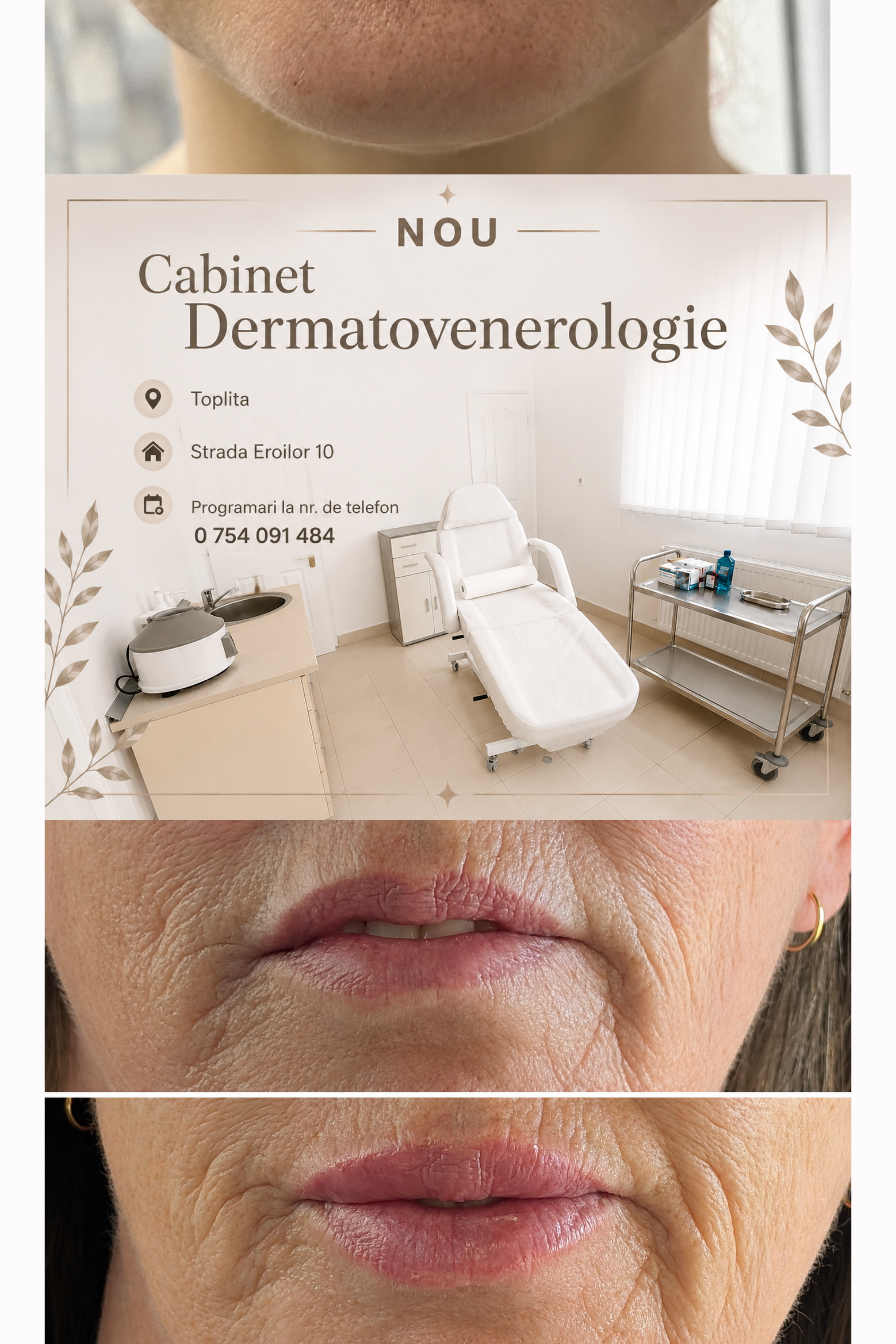
Repository: Nickkolean2793/Medic
Page: services.html
An editor plug-in stored every save of this project. The page is shown before and after the next save, followed by the edit.
The browser window is 1280 px wide. The pictures show the part of the page from y = 2738 to 4658 px (the page is 5631 px tall before and 4709 px after), at 70% of full size.
A picture or video elsewhere on the page could not be fetched, so the positions and the page height are approximate.

Above is the page before, as saved 2026-05-31 16:36:59.

### services.html
<!DOCTYPE html>
<html lang="ro">
<head>
    <meta charset="UTF-8">
    <meta name="viewport" content="width=device-width, initial-scale=1.0">
    <title>Servicii — Dr. Liuba Garaga</title>
    <meta name="description" content="Servicii dermatologice și estetice oferite de Dr. Liuba Garaga: consultații, dermatoscopie, proceduri estetice, botox, peeling, mezoterapie.">
    <link rel="preconnect" href="https://fonts.googleapis.com">
    <link rel="preconnect" href="https://fonts.gstatic.com" crossorigin>
    <link href="https://fonts.googleapis.com/css2?family=Playfair+Display:wght@400;500;600;700&family=Inter:wght@300;400;500;600&display=swap" rel="stylesheet">
    <link rel="stylesheet" href="styles.css">
</head>
<body>
    <!-- Navigation -->
    <nav class="navbar" id="navbar">
        <div class="container nav-container">
            <a href="index.html" class="logo">
                <img src="static/img/logo1778433187040.png" alt="Dr. Liuba Garaga" class="logo-img">
            </a>
            <ul class="nav-links" id="navLinks">
                <li><a href="index.html" data-ro="Despre noi" data-en="About Us">Despre noi</a></li>
                <li><a href="services.html" class="active" data-ro="Servicii" data-en="Services">Servicii</a></li>
                <li><a href="booking.html" data-ro="Programare" data-en="Booking">Programare</a></li>
                <li><a href="contact.html" data-ro="Contact" data-en="Contact">Contact</a></li>
            </ul>
            <div class="nav-actions">
                <button class="lang-toggle" id="langToggle" aria-label="Switch language">
                    <span class="lang-active">RO</span> / <span class="lang-inactive">EN</span>
                </button>
                <button class="hamburger" id="hamburger" aria-label="Menu">
                    <span></span>
                    <span></span>
                    <span></span>
                </button>
            </div>
        </div>
    </nav>

    <!-- Page Header -->
    <section class="page-header">
        <div class="container">
            <h1 class="page-title" data-ro="Servicii" data-en="Services">Servicii</h1>
            <p class="page-subtitle" data-ro="Oferim o gamă completă de servicii dermatologice și estetice" data-en="We offer a full range of dermatological and aesthetic services">Oferim o gamă completă de servicii dermatologice și estetice</p>
        </div>
    </section>

    <!-- Services Section -->
    <section class="section services" id="services">
        <div class="container">
            <div class="services-grid">
                <!-- Consultations -->
                <div class="service-card expandable" onclick="toggleService(this)">
                    <div class="service-header">
                        <div class="service-icon">
                            <svg viewBox="0 0 48 48" fill="none" xmlns="http://www.w3.org/2000/svg"><path d="M24 4C12.96 4 4 12.96 4 24s8.96 20 20 20 20-8.96 20-20S35.04 4 24 4zm2 30h-4v-4h4v4zm4.13-15.49l-1.79 1.84C27.1 21.59 26 22.6 26 25h-4v-1c0-1.77 1.1-3.39 2.34-4.63l2.49-2.52A2.99 2.99 0 0028 14a4 4 0 00-8 0h-4a8 8 0 1116 0c0 1.77-.89 3.28-1.87 4.51z" fill="currentColor"/></svg>
                        </div>
                        <h3 data-ro="Consultații" data-en="Consultations">Consultații</h3>
                        <span class="expand-icon">+</span>
                    </div>
                    <ul class="service-list">
                        <li data-ro="Consultație dermatologică" data-en="Dermatological consultation">Consultație dermatologică</li>
                        <li data-ro="Control" data-en="Follow-up visit">Control</li>
                    </ul>
                    <div class="service-details">
                        <p class="text-ro">Consultația dermatologică include evaluarea completă a pielii, diagnosticarea afecțiunilor cutanate și recomandări personalizate de tratament. Folosim echipamente moderne pentru o diagnoză precisă.</p>
                        <p class="text-en" style="display:none;">The dermatological consultation includes a complete skin evaluation, diagnosis of skin conditions, and personalized treatment recommendations. We use modern equipment for precise diagnosis.</p>
                        <a href="contact.html" class="btn btn-secondary" data-ro="Programează" data-en="Book">Programează</a>
                    </div>
                </div>

                <!-- Diagnostic -->
                <div class="service-card expandable" onclick="toggleService(this)">
                    <div class="service-header">
                        <div class="service-icon">
                            <svg viewBox="0 0 48 48" fill="none" xmlns="http://www.w3.org/2000/svg"><path d="M31.45 27.05c-2.53 0-4.88.87-6.72 2.34L19.5 24.16l5.23-5.23A9.96 9.96 0 0031.45 21c5.52 0 10-4.48 10-10s-4.48-10-10-10-10 4.48-10 10c0 2.53.94 4.84 2.49 6.61L18.71 22.84l-5.23-5.23A9.96 9.96 0 0016.55 11c0-5.52-4.48-10-10-10S-3.45 5.48-3.45 11s4.48 10 10 10c2.53 0 4.84-.94 6.61-2.49l5.23 5.23-5.23 5.23A9.96 9.96 0 006.55 27c-5.52 0-10 4.48-10 10s4.48 10 10 10 10-4.48 10-10c0-2.53-.94-4.84-2.49-6.61l5.23-5.23 5.23 5.23A9.96 9.96 0 0021.45 37c0 5.52 4.48 10 10 10s10-4.48 10-10-4.48-10-10-10z" fill="currentColor"/></svg>
                        </div>
                        <h3 data-ro="Diagnostic" data-en="Diagnostics">Diagnostic</h3>
                        <span class="expand-icon">+</span>
                    </div>
                    <ul class="service-list">
                        <li data-ro="Dermatoscopie" data-en="Dermoscopy">Dermatoscopie</li>
                        <li data-ro="Biopsie / Excizie" data-en="Biopsy / Excision">Biopsie / Excizie</li>
                    </ul>
                    <div class="service-details">
                        <p class="text-ro">Dermatoscopia este o metodă neinvazivă de examinare a leziunilor cutanate cu ajutorul unui dermatoscop digital. Permite detectarea precoce a melanomului și a altor tipuri de cancer de piele. Biopsia cutanată este recomandată pentru confirmarea diagnosticului.</p>
                        <p class="text-en" style="display:none;">Dermoscopy is a non-invasive method of examining skin lesions using a digital dermatoscope. It allows early detection of melanoma and other types of skin cancer. Skin biopsy is recommended to confirm the diagnosis.</p>
                        <a href="contact.html" class="btn btn-secondary" data-ro="Programează" data-en="Book">Programează</a>
                    </div>
                </div>

                <!-- Proceduri -->
                <div class="service-card expandable" onclick="toggleService(this)">
                    <div class="service-header">
                        <div class="service-icon">
                            <svg viewBox="0 0 48 48" fill="none" xmlns="http://www.w3.org/2000/svg"><path d="M24 2L6 10v12c0 11.11 7.67 21.47 18 24 10.33-2.53 18-12.89 18-24V10L24 2zm-4 32l-8-8 2.83-2.83L20 28.34l13.17-13.17L36 18 20 34z" fill="currentColor"/></svg>
                        </div>
                        <h3 data-ro="Proceduri" data-en="Procedures">Proceduri</h3>
                        <span class="expand-icon">+</span>
                    </div>
                    <ul class="service-list">
                        <li data-ro="Crioterapie" data-en="Cryotherapy">Crioterapie</li>
                        <li data-ro="Electrocauterizare" data-en="Electrocauterization">Electrocauterizare</li>
                        <li data-ro="Infiltrație cu corticosteroizi" data-en="Corticosteroid infiltration">Infiltrație cu corticosteroizi</li>
                    </ul>
                    <div class="service-details">
                        <p class="text-ro">Crioterapia utilizează azot lichid pentru tratarea verucilor, keratozelor și altor leziuni benigne. Electrocauterizarea elimină rapid formațiunile cutanate nedorite. Infiltrațiile cu corticosteroizi sunt eficiente pentru leziuni inflamatorii și cicatrici.</p>
                        <p class="text-en" style="display:none;">Cryotherapy uses liquid nitrogen to treat warts, keratoses, and other benign lesions. Electrocauterization quickly removes unwanted skin formations. Corticosteroid infiltrations are effective for inflammatory lesions and scars.</p>
                        <a href="contact.html" class="btn btn-secondary" data-ro="Programează" data-en="Book">Programează</a>
                    </div>
                </div>

                <!-- Estetica -->
                <div class="service-card expandable" onclick="toggleService(this)">
                    <div class="service-header">
                        <div class="service-icon">
                            <svg viewBox="0 0 48 48" fill="none" xmlns="http://www.w3.org/2000/svg"><path d="M24 4C12.95 4 4 12.95 4 24s8.95 20 20 20 20-8.95 20-20S35.05 4 24 4zm0 36c-8.82 0-16-7.18-16-16 0-3.52 1.14-6.77 3.07-9.41C13.86 18.41 18.64 21 24 21s10.14-2.59 12.93-6.41C38.86 17.23 40 20.48 40 24c0 8.82-7.18 16-16 16z" fill="currentColor"/></svg>
                        </div>
                        <h3 data-ro="Estetică facială" data-en="Facial Aesthetics">Estetică facială</h3>
                        <span class="expand-icon">+</span>
                    </div>
                    <ul class="service-list">
                        <li>Botox</li>
                        <li data-ro="Augmentare buze" data-en="Lip augmentation">Augmentare buze</li>
                        <li>Peeling</li>
                        <li>Microneedling</li>
                        <li>Biorepeel + Microneedling</li>
                    </ul>
                    <div class="service-details">
                        <p class="text-ro">Botox-ul reduce ridurile de expresie pentru un aspect mai tânăr și odihnit. Augmentarea buzelor cu acid hialuronic oferă volum natural. Peeling-ul chimic și microneedling-ul stimulează regenerarea pielii pentru un ten luminos și uniform.</p>
                        <p class="text-en" style="display:none;">Botox reduces expression wrinkles for a younger, more rested appearance. Lip augmentation with hyaluronic acid provides natural volume. Chemical peeling and microneedling stimulate skin regeneration for a luminous and even complexion.</p>
                        <a href="contact.html" class="btn btn-secondary" data-ro="Programează" data-en="Book">Programează</a>
                    </div>
                </div>

                <!-- Mezoterapie -->
                <div class="service-card expandable" onclick="toggleService(this)">
                    <div class="service-header">
                        <div class="service-icon">
                            <svg viewBox="0 0 48 48" fill="none" xmlns="http://www.w3.org/2000/svg"><path d="M42 6H6v4h36V6zM6 42h36v-4H6v4zm0-8h36v-4H6v4zm0-8h36v-4H6v4zm0-8h36v-4H6v4z" fill="currentColor"/></svg>
                        </div>
                        <h3 data-ro="Mezoterapie" data-en="Mesotherapy">Mezoterapie</h3>
                        <span class="expand-icon">+</span>
                    </div>
                    <ul class="service-list">
                        <li data-ro="Mezoterapie zonă perioculară (NCTF / Viscoderm / RRS Eyes)" data-en="Periocular mesotherapy (NCTF / Viscoderm / RRS Eyes)">Mezoterapie zonă perioculară (NCTF / Viscoderm / RRS Eyes)</li>
                        <li data-ro="Mezoterapie față completă (NCTF / Viscoderm)" data-en="Full face mesotherapy (NCTF / Viscoderm)">Mezoterapie față completă (NCTF / Viscoderm)</li>
                    </ul>
                    <div class="service-details">
                        <p class="text-ro">Mezoterapia facială constă în microinjecții cu vitamine, minerale și acid hialuronic pentru hidratare profundă și revitalizare. Zona perioculară primește tratament special pentru reducerea cearcănelor și a ridurilor fine din jurul ochilor.</p>
                        <p class="text-en" style="display:none;">Facial mesotherapy consists of micro-injections with vitamins, minerals, and hyaluronic acid for deep hydration and revitalization. The periocular area receives special treatment to reduce dark circles and fine wrinkles around the eyes.</p>
                        <a href="contact.html" class="btn btn-secondary" data-ro="Programează" data-en="Book">Programează</a>
                    </div>
                </div>

                <!-- Tratamente speciale -->
                <div class="service-card expandable" onclick="toggleService(this)">
                    <div class="service-header">
                        <div class="service-icon">
                            <svg viewBox="0 0 48 48" fill="none" xmlns="http://www.w3.org/2000/svg"><path d="M24 2C11.85 2 2 11.85 2 24s9.85 22 22 22 22-9.85 22-22S36.15 2 24 2zm0 40c-9.94 0-18-8.06-18-18S14.06 6 24 6s18 8.06 18 18-8.06 18-18 18zm-2-14h4v8h-4zm0-16h4v12h-4z" fill="currentColor"/></svg>
                        </div>
                        <h3 data-ro="Tratamente speciale" data-en="Special Treatments">Tratamente speciale</h3>
                        <span class="expand-icon">+</span>
                    </div>
                    <ul class="service-list">
                        <li data-ro="Tratament PRP scalp" data-en="PRP scalp treatment">Tratament PRP scalp</li>
                        <li data-ro="Microneedling + PRP scalp" data-en="Microneedling + PRP scalp">Microneedling + PRP scalp</li>
                        <li data-ro="PRP față" data-en="PRP face">PRP față</li>
                        <li data-ro="Mască facială hidratantă" data-en="Hydrating facial mask">Mască facială hidratantă</li>
                    </ul>
                    <div class="service-details">
                        <p class="text-ro">Tratamentul PRP (Plasma Bogată în Trombocite) folosește propriul sânge pentru a stimula regenerarea naturală. PRP scalp combate căderea părului și stimulează creșterea. PRP facial oferă întinerire naturală a tenului, iar măștile hidratante completează orice tratament.</p>
                        <p class="text-en" style="display:none;">PRP (Platelet-Rich Plasma) treatment uses your own blood to stimulate natural regeneration. Scalp PRP fights hair loss and stimulates growth. Facial PRP provides natural skin rejuvenation, and hydrating masks complement any treatment.</p>
                        <a href="contact.html" class="btn btn-secondary" data-ro="Programează" data-en="Book">Programează</a>
                    </div>
                </div>
            </div>
        </div>
    </section>

    <!-- Services Images -->
    <section class="section services-showcase">
        <div class="container">
            <div class="showcase-grid">
                <div class="showcase-item">
                    <img src="static/img/6DABCEB7-9707-477E-9E4E-37D7E1695E34.JPG" alt="Cabinet dermatologie">
                </div>
                <div class="showcase-item">
                    <img src="static/img/3024E4A1-65E1-4492-8816-7193C997CECD.PNG" alt="Tratamente dermatologice">
                </div>
                <div class="showcase-item">
                    <img src="static/img/6903077C-9811-4D72-8397-EA0880B6F8C6.PNG" alt="Proceduri estetice">
                </div>
                <div class="showcase-item">
                    <img src="static/img/7631AD92-F593-4853-B4EC-558DD586397C.PNG" alt="Rezultate tratamente">
                </div>
            </div>
        </div>
    </section>

    <!-- CTA Section -->
    <section class="section cta-section">
        <div class="container">
            <div class="cta-card">
                <h2 data-ro="Programează o consultație" data-en="Schedule a consultation">Programează o consultație</h2>
                <p data-ro="Programarea online va fi disponibilă în curând. Între timp, contactați-ne telefonic pentru a fixa o programare." data-en="Online booking will be available soon. In the meantime, contact us by phone to schedule an appointment.">Programarea online va fi disponibilă în curând. Între timp, contactați-ne telefonic pentru a fixa o programare.</p>
                <a href="contact.html" class="btn btn-primary" data-ro="Contactează-ne" data-en="Contact Us">Contactează-ne</a>
            </div>
        </div>
    </section>

    <!-- Footer -->
    <footer class="footer">
        <div class="container">
            <div class="footer-content">
                <div class="footer-brand">
                    <img src="static/img/logo1778433187040.png" alt="Dr. Liuba Garaga" class="footer-logo">
                    <p data-ro="Medic specialist dermatovenerolog" data-en="Dermatology Specialist">Medic specialist dermatovenerolog</p>
                    <a href="tel:+40754091484" class="footer-phone">
                        <svg viewBox="0 0 24 24" fill="currentColor" width="16" height="16"><path d="M6.62 10.79a15.05 15.05 0 006.59 6.59l2.2-2.2a1 1 0 011.01-.24c1.12.37 2.33.57 3.58.57a1 1 0 011 1V20a1 1 0 01-1 1A17 17 0 013 4a1 1 0 011-1h3.5a1 1 0 011 1c0 1.25.2 2.46.57 3.58a1 1 0 01-.25 1.01l-2.2 2.2z"/></svg>
                        +40 754 091 484
                    </a>
                </div>
                <div class="footer-links">
                    <a href="index.html" data-ro="Despre noi" data-en="About Us">Despre noi</a>
                    <a href="services.html" data-ro="Servicii" data-en="Services">Servicii</a>
                    <a href="booking.html" data-ro="Programare" data-en="Booking">Programare</a>
                    <a href="contact.html" data-ro="Contact" data-en="Contact">Contact</a>
                </div>
                <div class="footer-social">
                    <p data-ro="Urmărește-ne" data-en="Follow Us">Urmărește-ne</p>
                    <div class="social-links">
                        <a href="https://www.facebook.com/liuba.garaga.dermatolog" target="_blank" rel="noopener noreferrer" aria-label="Facebook" class="social-link">
                            <svg viewBox="0 0 24 24" fill="currentColor"><path d="M24 12.073c0-6.627-5.373-12-12-12s-12 5.373-12 12c0 5.99 4.388 10.954 10.125 11.854v-8.385H7.078v-3.47h3.047V9.43c0-3.007 1.792-4.669 4.533-4.669 1.312 0 2.686.235 2.686.235v2.953H15.83c-1.491 0-1.956.925-1.956 1.874v2.25h3.328l-.532 3.47h-2.796v8.385C19.612 23.027 24 18.062 24 12.073z"/></svg>
                        </a>
                        <a href="https://www.instagram.com/liuba.garaga.dermatolog" target="_blank" rel="noopener noreferrer" aria-label="Instagram" class="social-link">
                            <svg viewBox="0 0 24 24" fill="currentColor"><path d="M12 2.163c3.204 0 3.584.012 4.85.07 3.252.148 4.771 1.691 4.919 4.919.058 1.265.069 1.645.069 4.849 0 3.205-.012 3.584-.069 4.849-.149 3.225-1.664 4.771-4.919 4.919-1.266.058-1.644.07-4.85.07-3.204 0-3.584-.012-4.849-.07-3.26-.149-4.771-1.699-4.919-4.92-.058-1.265-.07-1.644-.07-4.849 0-3.204.013-3.583.07-4.849.149-3.227 1.664-4.771 4.919-4.919 1.266-.057 1.645-.069 4.849-.069zM12 0C8.741 0 8.333.014 7.053.072 2.695.272.273 2.69.073 7.052.014 8.333 0 8.741 0 12c0 3.259.014 3.668.072 4.948.2 4.358 2.618 6.78 6.98 6.98C8.333 23.986 8.741 24 12 24c3.259 0 3.668-.014 4.948-.072 4.354-.2 6.782-2.618 6.979-6.98.059-1.28.073-1.689.073-4.948 0-3.259-.014-3.667-.072-4.947-.196-4.354-2.617-6.78-6.979-6.98C15.668.014 15.259 0 12 0zm0 5.838a6.162 6.162 0 100 12.324 6.162 6.162 0 000-12.324zM12 16a4 4 0 110-8 4 4 0 010 8zm6.406-11.845a1.44 1.44 0 100 2.881 1.44 1.44 0 000-2.881z"/></svg>
                        </a>
                    </div>
                </div>
            </div>
            <div class="footer-bottom">
                <p>&copy; 2026 Dr. Liuba Garaga. <span data-ro="Toate drepturile rezervate." data-en="All rights reserved.">Toate drepturile rezervate.</span></p>
            </div>
        </div>
    </footer>

    <script src="script.js"></script>
</body>
</html>

Loaded but not shown: script.js (175 lines, source omitted); styles.css (1245 lines, source omitted)

After the next save:
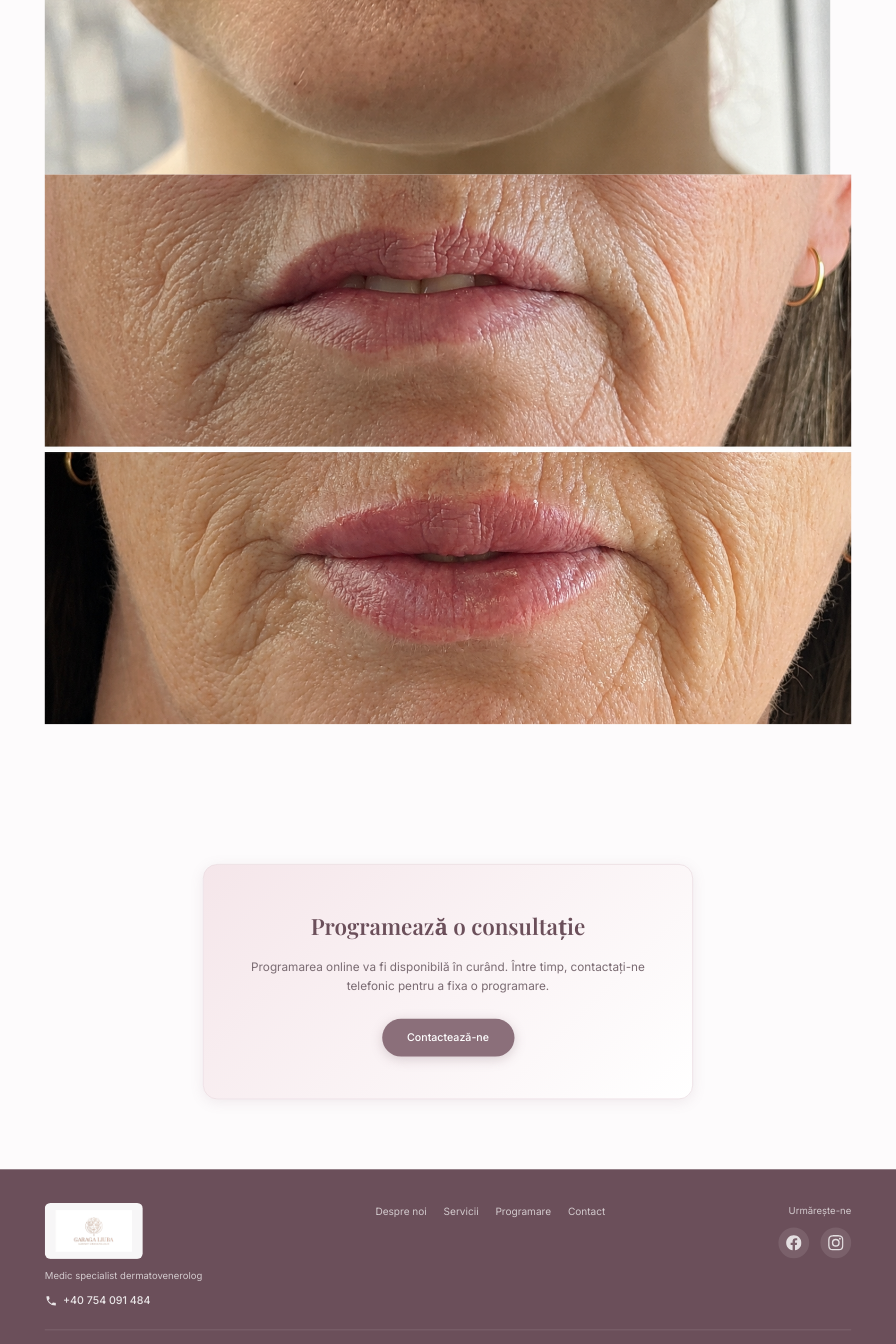
Saved 3 min 33 s later.
--- a/services.html
+++ b/services.html
@@ -188,9 +188,6 @@
                     <img src="static/img/3024E4A1-65E1-4492-8816-7193C997CECD.PNG" alt="Tratamente dermatologice">
                 </div>
                 <div class="showcase-item">
-                    <img src="static/img/6903077C-9811-4D72-8397-EA0880B6F8C6.PNG" alt="Proceduri estetice">
-                </div>
-                <div class="showcase-item">
                     <img src="static/img/7631AD92-F593-4853-B4EC-558DD586397C.PNG" alt="Rezultate tratamente">
                 </div>
             </div>
